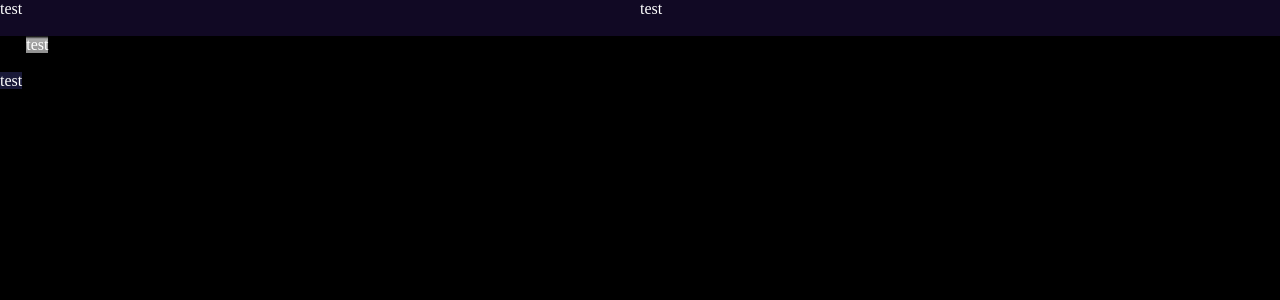
Repository: Ethan-OF/L3DTS-Web-Design
Page: index.html
These files come from the project's save history. The page is drawn as it stood at one moment and after the next save; the edit follows.
The browser window is 1280 px wide. The pictures show the whole page.

Above is the page before, as saved 2023-08-24 23:43:04.

### index.html
<!DOCTYPE html>
<!--[if lt IE 7]>      <html class="no-js lt-ie9 lt-ie8 lt-ie7"> <![endif]-->
<!--[if IE 7]>         <html class="no-js lt-ie9 lt-ie8"> <![endif]-->
<!--[if IE 8]>         <html class="no-js lt-ie9"> <![endif]-->
<!--[if gt IE 8]>      <html class="no-js"> <!--<![endif]-->
<html>
    <head>
        <meta charset="utf-8">
        <meta http-equiv="X-UA-Compatible" content="IE=edge">
        <title></title>
        <meta name="description" content="">
        <meta name="viewport" content="width=device-width, initial-scale=1">
        <link rel="stylesheet" href="./Recources/core.css">
    </head>
    <body>
        <div class="navigation">
            <div class="navgroup">test</div>
            <div class="navgroup">test</div>
        </div>

        <div class="image">test</div>
        <div class="bottomText">test</div>


        <!--[if lt IE 7]>
            <p class="browsehappy">You are using an <strong>outdated</strong> browser. Please <a href="#">upgrade your browser</a> to improve your experience.</p>
        <![endif]-->

        <script src="" async defer></script>
    </body>
</html>

### Recources/core.css
body {
    background-color: black;
    color: white;
    padding: 0px;
    margin: 0px;
  }

.navigation {
  display: flex;
  align-items: left;

  background-color: grey;
  height: 5vh;
  width: 100%;
  padding-left: 0px;
  border: 0px;
}

.navgroup {
  width: 50%;
	height: 100%;
	background-color: rgb(17, 9, 36);
	order: 0;
	display: flex;
}

.image {
  position: relative;
  top: 5vh;
  background-color: rgb(25, 25, 56);
  height: 55vh;
  width: 100vh;
  display: unset;
}

.bottomText {
  background: rgb(144,144,144);
  background: linear-gradient(0deg, rgba(144,144,144,1) 0%, rgba(170,170,170,1) 83%, rgba(255,255,255,0) 100%);
  height: 45vh;

  display: unset;
}

After the next save:
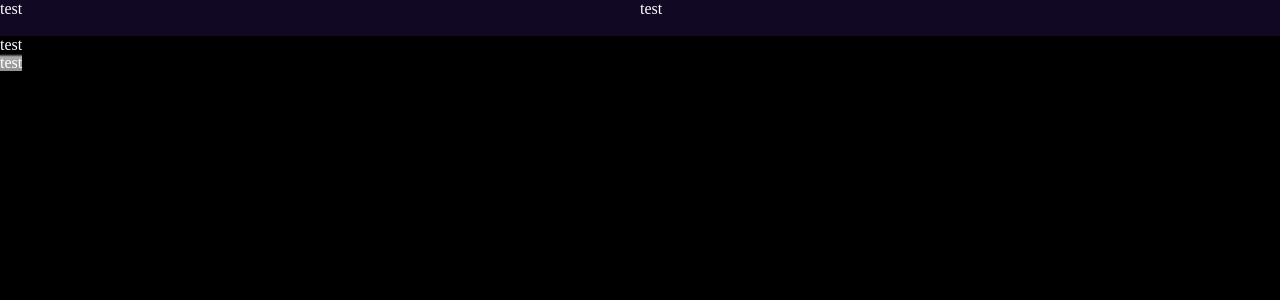
Saved 3 days later.
--- a/Recources/core.css
+++ b/Recources/core.css
@@ -24,7 +24,7 @@
 	display: flex;
 }
 
-.image {
+.space {
   position: relative;
   top: 5vh;
   background-color: rgb(25, 25, 56);
